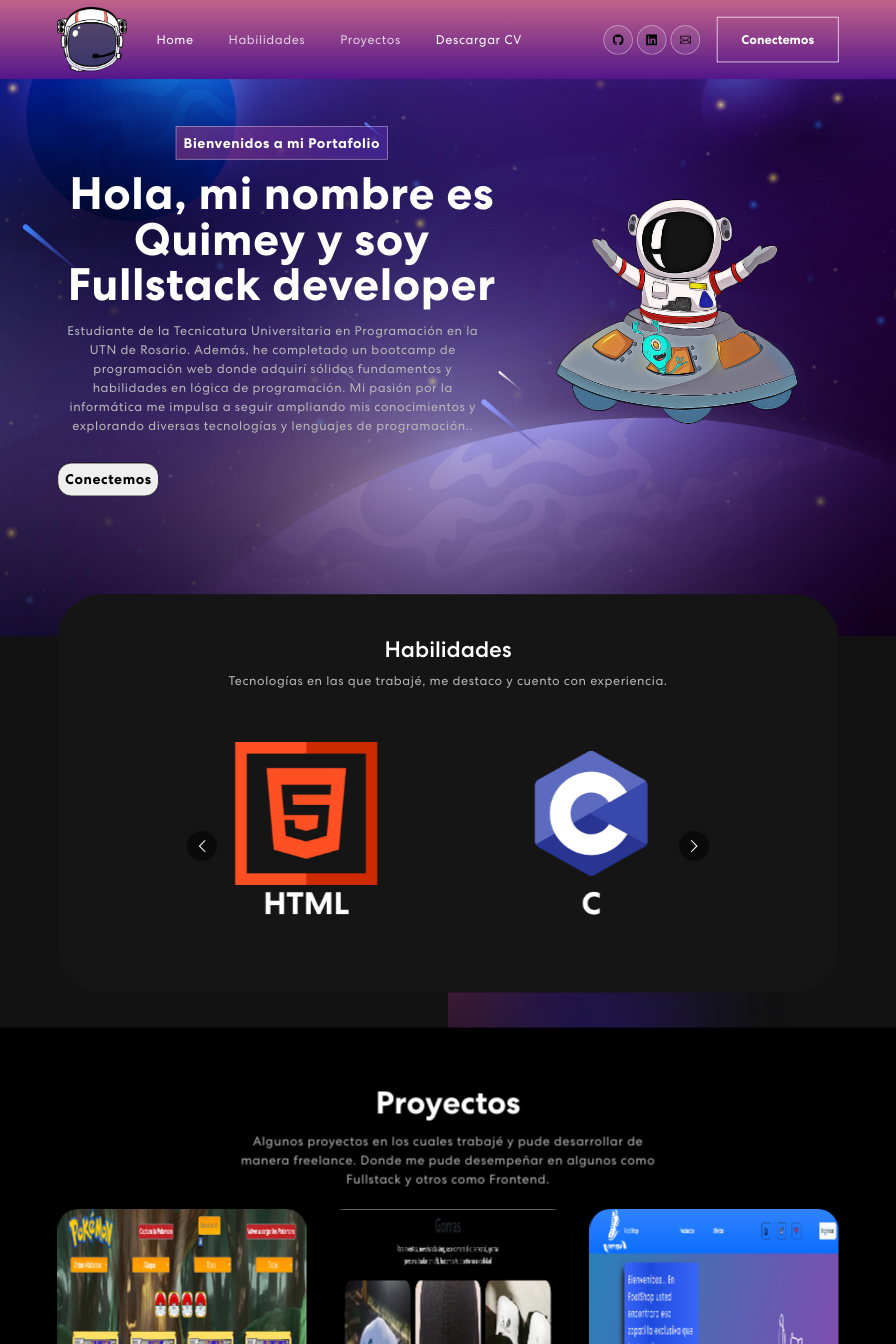
Repository: QuimeyAlejo/Portafolio-V2
Page: /
The author's editor kept a copy of each file at every save. The page is drawn from the files as they stood at one save, then again after the next save.
The browser window is 1280 px wide. The pictures show the part of the page from y = 0 to 1920 px (the page is 3204 px tall), at 70% of full size.
The project was rebuilt for these pictures with package versions that can differ from the ones it lists, and the page was loaded fresh each time. Imported but missing from the stored project, and not drawn on this page: src/components/Curriculum/QuimeyAlejoLopezDeveloper.pdf.

Above is the page before, as saved 2024-04-29 11:01:11.

### public/index.html
<!DOCTYPE html>
<html lang="en">
  <head>
    <meta charset="utf-8" />
    <link rel="icon" href="/gsd.png" />
    <meta name="viewport" content="width=device-width, initial-scale=1" />
    <meta name="theme-color" content="#000000" />
    <meta
      name="description"
      content="Web site created using create-react-app"
    />
    <link rel="apple-touch-icon" href="/gsd.png" />
    <!--
      manifest.json provides metadata used when your web app is installed on a
      user's mobile device or desktop. See https://developers.google.com/web/fundamentals/web-app-manifest/
    -->
    <link rel="manifest" href="%PUBLIC_URL%/manifest.json" />
    <!--
      Notice the use of %PUBLIC_URL% in the tags above.
      It will be replaced with the URL of the `public` folder during the build.
      Only files inside the `public` folder can be referenced from the HTML.

      Unlike "/favicon.ico" or "favicon.ico", "%PUBLIC_URL%/favicon.ico" will
      work correctly both with client-side routing and a non-root public URL.
      Learn how to configure a non-root public URL by running `npm run build`.
    -->
    <title>Quimey Alejo Lopez</title>
  </head>
  <body>
    <noscript>You need to enable JavaScript to run this app.</noscript>
    <div id="root"></div>
    <!--
      This HTML file is a template.
      If you open it directly in the browser, you will see an empty page.

      You can add webfonts, meta tags, or analytics to this file.
      The build step will place the bundled scripts into the <body> tag.

      To begin the development, run `npm start` or `yarn start`.
      To create a production bundle, use `npm run build` or `yarn build`.
    -->
  </body>
</html>

### src/pages/Home.jsx
import React from 'react'
import NavBar from '../components/NavBar/NavBar'
import Banner from '../components/Banner/Banner'
import Skills from '../components/Skills/Skills'
import Projects from '../components/Projects/Projects'
import Contact from '../components/Contact/Contact'
import Footer from '../components/Footer/Footer'

function Home() {
  return (
    <div>
        <NavBar/>
        <Banner />
        <Skills />
        <Projects />
        <Contact />
        <Footer />
    </div>
  )
}

export default Home

### src/components/NavBar/NavBar.jsx
import React, {useState, useEffect} from 'react';
import Container from 'react-bootstrap/Container';
import Nav from 'react-bootstrap/Nav';
import Navbar from 'react-bootstrap/Navbar';
import logo from '../../assets/img/logo.png';
import logogith from '../../assets/img/github.svg'
import logolink from '../../assets/img/linkedin.svg'
import logomail from '../../assets/img/envelope.svg'
import CV from '../Curriculum/QuimeyAlejoLopezDeveloper.pdf'



function NavBar() {

    const [activeLink, setActiveLink] = useState('home');
    const [scrolled, setScrolled] = useState(false)

    useEffect(() => {
        if (window.scrollY > 50) {
            setScrolled(true)
        }else{
            setScrolled(false)
        }

        window.addEventListener('scroll', onscroll)
        return () => window.removeEventListener('scroll', onscroll)
    }, [])

    const onUpdateActiveLink = (value) => {
        setActiveLink(value);
    }

  return (
    <Navbar expand="lg" className={scrolled ? 'scrolled' : '' }>
      <Container>
        <Navbar.Brand href="#home">
            <img className='imgLogo' src={logo} alt='logo'/>
        </Navbar.Brand>
        <Navbar.Toggle aria-controls="basic-navbar-nav">
            <span className='navbar-toggler-icon'></span>
        </Navbar.Toggle>
        <Navbar.Collapse id="basic-navbar-nav">
          <Nav className="me-auto">
          <Nav.Link href="#home" className={activeLink === 'home' ? 'active navbar-link' : 'navbar-link'} onClick={() => onUpdateActiveLink('home')}>Home</Nav.Link>
            <Nav.Link href="#skills" className={activeLink === 'skills' ? 'active navbar-link' : 'navbar-link'} onClick={() => onUpdateActiveLink('skills')}>Habilidades</Nav.Link>
            <Nav.Link href="#projects" className={activeLink === 'projects' ? 'active navbar-link' : 'navbar-link'} onClick={() => onUpdateActiveLink('projects')}>Proyectos</Nav.Link>

           <Nav.Link href={CV} download className={activeLink === 'home' ? 'active navbar-link' : 'navbar-link'}>Descargar CV</Nav.Link>
          </Nav>
          <span className="navbar-text">
            <div className="social-icon">
                <a href='https://github.com/QuimeyAlejo'><img src={logogith} alt='logogit'/></a>
                <a href='https://www.linkedin.com/in/quimey-alejo-lopez-199431202/'><img src={logolink} alt='logolinked'/></a>
                <a href='mailto:qalopez2000@gmail.com'><img src={logomail} alt="logomail" /></a>
            </div>
            <a href='mailto:qalopez2000@gmail.com'><button className='vvd'><span>Conectemos</span></button></a>
          </span>
        </Navbar.Collapse>
      </Container>
    </Navbar>
  )
}

export default NavBar

### src/components/Banner/Banner.jsx
import React, { useState, useEffect } from "react";
import { Col, Container, Row } from "react-bootstrap";
import Aos from "aos";
import "aos/dist/aos.css";
import headerImg from "../../assets/img/astronauta4.png";
import styles from "./banner.module.css";

function Banner() {
  const [loopNum, setLoopNum] = useState(0);
  const [isDeleting, setIsDeleting] = useState(false);
  const [text, setText] = useState("");
  const [delta, setDelta] = useState(300 - Math.random() * 100);
  const toRotate = ["Fullstack developer"];
  const period = 2000;

  useEffect(() => {
    let ticker = setInterval(() => {
      tick();
    }, delta);

    return () => {
      clearInterval(ticker);
    };
  }, [text]);

  function tick() {
    let i = loopNum % toRotate.length;
    let fullText = toRotate[i];
    let updatedText = isDeleting
      ? fullText.substring(0, text.length - 1)
      : fullText.substring(0, text.length + 1);

    setText(updatedText);

    if (isDeleting) {
      setDelta((prevDelta) => prevDelta / 2);
    }

    if (!isDeleting && updatedText === fullText) {
      setIsDeleting(true);
      setDelta(period);
    } else if (isDeleting && updatedText === "") {
      setIsDeleting(false);
      setLoopNum(loopNum + 1);
      setDelta(500);
    }
  }

  useEffect(() => {
    Aos.init({ duration: 1000 });
  }, []);

  return (
    <section className={styles.banner} id="home">
      <Container>
        <Row className="align-items-center">
          <Col xs={12} md={6} xl={7}>
            <div className="" data-aos="fade-right">
              <span className={styles.tagline}>
                Bienvenidos a mi Portafolio
              </span>
              <h1>
                {"Hola, mi nombre es Quimey y soy "}
                <span className={styles.wrap}>{text}</span>
              </h1>
              <p>
             Estudiante de la Tecnicatura Universitaria en Programación en la UTN de Rosario. Además, he
completado un bootcamp de programación web donde adquirí sólidos fundamentos y habilidades en
lógica de programación. Mi pasión por la informática me impulsa a seguir ampliando mis
conocimientos y explorando diversas tecnologías y lenguajes de programación..{" "}
              </p>
              <a href='mailto:devquimeyalopez@gmail.com'>
                <button>Conectemos</button>
              </a>
            </div>
          </Col>
          <Col xs={12} md={6} xl={5}>
            <div className="" data-aos="fade-left">
              <img
                className={styles.imgBanner}
                src={headerImg}
                alt="Headder Img"
              />
            </div>
          </Col>
        </Row>
      </Container>
    </section>
  );
}

export default Banner;

### src/components/Skills/Skills.jsx
import React from 'react'
import styles from './skills.module.css'
import { Container, Row, Col } from 'react-bootstrap';
import Carousel from 'react-multi-carousel';
import logohtml from '../../assets/img/html.png'
import logocss from '../../assets/img/css.png'
import logojs from '../../assets/img/javascript.png'
import logoreact from '../../assets/img/react.png'
import logoredux from '../../assets/img/redux.png'
import logobootstrap from '../../assets/img/bootstrap.png'
import logonode from '../../assets/img/node.png'
import logoexpress from '../../assets/img/express.png'
import logopost from '../../assets/img/postgresql.png'
import logoseq from '../../assets/img/sequelize.png'
import colorSharp from '../../assets/img/color-sharp.png'
import logoC from "../../assets/img/C.png"

function Skills() {
    const responsive = {
        superLargeDesktop: {
          // the naming can be any, depends on you.
          breakpoint: { max: 4000, min: 3000 },
          items: 5
        },
        desktop: {
          breakpoint: { max: 3000, min: 1024 },
          items: 3
        },
        tablet: {
          breakpoint: { max: 1024, min: 464 },
          items: 2
        },
        mobile: {
          breakpoint: { max: 464, min: 0 },
          items: 1
        }
      };
  return (
    <section className={styles.skill} id='skills'>
        <Container>
            <Row>
                <Col>
                    <div className={styles.skillbx}>
                        <h2>
                            Habilidades
                        </h2>
                        <p>Tecnologías en las que trabajé, me destaco y cuento con experiencia.</p>
                        <Carousel responsive={responsive} infinite={true} className={styles.skillSlider}>
                            <div className={styles.image}>
                                <img className={styles.imgCar} src={logohtml} alt="logo html" />
                                <h5>HTML</h5>
                            </div>
                            <div className={styles.image}>
                                <img className={styles.imgCar} src={logoC} alt="logo html" />
                                <h5>C</h5>
                            </div>
                            <div className={styles.image}>
                                <img className={styles.imgCar} src={logocss} alt="logo css" />
                                <h5>CSS</h5>
                            </div>
                            <div className={styles.image}>
                                <img className={styles.imgCar} src={logojs} alt="logo js" />
                                <h5>JavaScript</h5>
                            </div>
                            <div className={styles.image}>
                                <img className={styles.imgCar} src={logoreact} alt="logo react" />
                                <h5>React Js</h5>
                            </div>
                            <div className={styles.image}>
                                <img className={styles.imgCar} src={logoredux} alt="logo redux" />
                                <h5>Redux</h5>
                            </div>
                            <div className={styles.image}>
                                <img className={styles.imgCar} src={logobootstrap} alt="logo bootstrap" />
                                <h5>Bootstrap</h5>
                            </div>
                            <div className={styles.image}>
                                <img className={styles.imgCar} src={logonode} alt="logo node" />
                                <h5>Node Js</h5>
                            </div>
                            <div className={styles.image}>
                                <img className={styles.imgCar} src={logoexpress} alt="logo express" />
                                <h5>Express Js</h5>
                            </div>
                            <div className={styles.image}>
                                <img className={styles.imgCar} src={logopost} alt="logo postgresql" />
                                <h5>PostgreSQL</h5>
                            </div>
                            <div className={styles.image}>
                                <img className={styles.imgCar} src={logoseq} alt="logo sequelize" />
                                <h5>Sequelize</h5>
                            </div>
                        </Carousel>
                    </div>
                </Col>
            </Row>
        </Container>
        <img className={styles.backgroundImageLeft} src={colorSharp} alt="colorsharp" />
    </section>
  )
}

export default Skills

### src/components/Footer/Footer.jsx
import React from 'react';
import { Col, Container, Row } from 'react-bootstrap';
import logo from '../../assets/img/logo.png';
import logogith from '../../assets/img/github.svg';
import logolink from '../../assets/img/linkedin.svg';
import logomail from '../../assets/img/envelope.svg'
import './footer.css'


function Footer() {
  return (
    <footer className='footer'>
        <Container>
            <Row className='align-item-center'>
                <Col sm={6}>
                    <img className='imgLogo' src={logo} alt="logo footer" />
                </Col>
                <Col sm={6} className='text-center text-sm-end'>
                    <div className='social-icon'>
                        <a href='https://github.com/QuimeyAlejo'> <img src={logogith} alt="logo gith" /> </a>
                        <a href='https://www.linkedin.com/in/quimey-alejo-lopez-199431202/'> <img src={logolink} alt="logo link" /> </a>
                        <a href='devquimeyalopez@gmail.com'><img src={logomail} alt="logomail" /></a>
                    </div>
                    <p>CopyRight 2024. All Right Reserved</p>
                </Col>
            </Row>
        </Container>
    </footer>
  )
}

export default Footer

### src/components/Banner/banner.module.css
.imgBanner{
    width: 100%;
}
.banner{
    margin-top: -80px;
    padding: 260px 0 200px 0;
    background-image: url(../../assets/img/5437630.jpg);
    /* background-image: url(../../assets/img/html.jpg); */
    background-position: top center;
    background-size: cover;
    background-repeat: no-repeat;
}
.banner .tagline {
    font-weight: 700;
    letter-spacing: 0.8px;
    padding: 8px 10px;
    background: linear-gradient(90.21deg, rgba(170, 54, 124, 0.5) -5.91%, rgba(74, 47, 189, 0.5) 111.58%);
    border: 1px solid rgba(255, 255, 255, 0.5);
    font-size: 20px;
    margin-bottom: 16px;
    display: inline-block;
}
.banner h1 {
    font-size: 65px;
    font-weight: 700;
    letter-spacing: 0.8px;
    line-height: 1;
    margin-bottom: 20px;
    display: block;
}
.banner p {
    color: #b8b8b8;
    font-size: 18px;
    letter-spacing: 0.8px;
    line-height: 1.5em;
    width: 96%;
}
.banner button {
    /* color: #fff; */
    font-weight: 700;
    font-size: 20px;
    padding: 8px 10px;
    border: 1px solid black;
    border-radius: 20px;
    margin-top: 40px;
    letter-spacing: 0.8px;
    display: flex;
    align-items: center;
}
.banner a {
    text-decoration: none;
}
.banner button svg {
    margin-left: 5px;
}
.banner button:hover svg {
    margin-left: 25px;
}
.banner img {
    animation: updown 3s linear infinite;
}
@keyframes updown {
    0% {
        transform: translateY(-20px);
    }
    50% {
        transform: translateY(20px);
    }
    100% {
        transform: translateY(-20px);
    }
}
.txt-rotate > .wrap {
    border-right: 0.08em solid #666;
}

### src/components/Skills/skills.module.css
.skill {
    padding: 0 0 50px 0;
    position: relative;
}
.skillbx {
    background: #151515;
    border-radius: 64px;
    text-align: center;
    padding: 60px 50px;
    margin-top: -60px;
}
.skill h5 {
    font-size: 45px;
    font-weight: 700;
}
.skill p {
    color: #b8b8b8;
    font-size: 18px;
    letter-spacing: 0.8px;
    line-height: 1.5rem;
    margin: 14px 0 75px 0;
}
.skillSlider {
    width: 80%;
    margin: 0 auto;
    position: relative;
}
.skillSlider .item img{
    width: 50%;
    margin: 0 auto 15px auto;
}
.imgCar {
    width: 50%;
}
.backgroundImageLeft {
    top: 28%;
    position: absolute;
    bottom: 0;
    width: 40%;
    z-index: -4;
}

### src/components/Projects/projects.module.css
.project {
    padding: 80px 0;
    position: relative;
    background-color: black;
}
.project h2 {
    font-size: 45px;
    font-weight: 700;
    text-align: center;
}
.project p {
    color: #b8b8b8;
    font-size: 18px;
    letter-spacing: 0.8px;
    line-height: 1.5em;
    margin: 14px auto 30px auto;
    text-align: center;
    width: 56%;
}
.project .nav.nav-pills {
    width: 72%;
    margin: 0 auto;
    border-radius: 50px;
    background-color: rgb(255, 255, 255 / 10%);
    overflow: hidden;
}
.project .nav.nav-pills .nav-item {
    width: 33.33333%;
}
.project .nav.nav-pills .nav-link {
    background-color: transparent;
    border-radius: 0;
    padding: 17px 0;
    color: #fff;
    width: 100%;
    font-size: 17px;
    letter-spacing: 0.8px;
    font-weight: 500;
    position: relative;
    transition: 0.3s ease-in-out;
    text-align: center;
    z-index: 0;
}
.project .nav.nav-pills .nav-link::before {
    content: '';
    position: absolute;
    width: 0;
    height: 100%;
    background: linear-gradient(90.21deg, #AA367C -5.91%, #4A2FBD 111.58%);
    top: 0;
    left: 0;
    z-index: -1;
    transition: 0.3s ease-in-out;
}
.project .nav.nav-pills .nav-link.active::before {
    width: 100% !important;
}
.project .nav.nav-pills .nav-link.active {
    border: 1px solid rgba(255, 255, 255, 1);
}
.nav-link#projects-tabs-tab-first {
    border: 1px solid rgba(255, 255, 255, 0.5);
    border-radius: 55px 0px 0px 0px;
}
.nav-link#projects-tabs-tab-second {
    border-top: 1px solid rgba(255, 255, 255, 0.5);
    border-bottom: 1px solid rgba(255, 255, 255, 0.5);
}
.nav-link#projects-tabs-tab-third {
    border: 1px solid rgba(255, 255, 255, 0.5);
    border-radius: 0 55px 0;
}
.backgroundimageright {
    top: 20%;
    position: absolute;
    bottom: 0;
    width: 35%;
    right: 0;
    z-index: -4;
}
/* -----------------------CARD -------------------------------------------------*/
.projimgbx {
    position: relative;
    border-radius: 30px;
    overflow: hidden;
    margin-bottom: 24px;
    height: 90%;
}
.projimgbx img {
height: 420px;
}
.projimbgx::before {
    content: '';
    background: linear-gradient(90.21deg, #AA367C -5.91%, #4A2FBD 111.58%);
    opacity: 0.85;
    position: absolute;
    width: 100%;
    height: 0;
    transition: 0.4s ease-in-out;
}
.projimgbx:hover::before {
    height: 100%;
}
.projtxtx {
    position: absolute;
    text-align: center;
    top: 65%;
    left: 50%;
    transform: translate(-50%, -50%);
    transition: 0.5s ease-in-out;
    opacity: 0;
    width: 100%;
}
.projimgbx:hover .projtxtx {
    top: 50%;
    opacity: 1;
    background-color: black;
    border: 1px solid;
    border-radius: 10px;
}
.projtxtx h4 {
    font-size: 30px;
    font-weight: 700;
    letter-spacing: 0.8px;
    line-height: 1.1em;
}
.projtxtx span {
    font-size: italic;
    font-weight: 400;
    font-size: 15px;
    letter-spacing: 0.8px;
}
.buttonCard{
    font-weight: 700;
    font-size: 14px;
    padding: 8px 10px;
    border: 1px solid black;
    border-radius: 20px;
    letter-spacing: 0.8px;
    margin-left: 10px;
}
.buttonCard:hover svg{
    margin-left: 10px;
}

### src/components/Contact/contact.css
.contact {
  background: linear-gradient(90.21deg, #aa367c -5.91%, #4a2fbd 111.58%);
  padding: 100px 0 200px 0;
}
.contact img {
  width: 92%;
}
.contact h2 {
  font-size: 45px;
  font-weight: 700;
  margin-bottom: 30px;
}
.contact form input,
.contact form textarea {
  width: 100%;
  background: rgba(255, 255, 255, 0.1);
  border: 1px solid rgba(255, 255, 255, 0.5);
  border-radius: 20px;
  color: #fff;
  margin: 0 0 8px 0;
  padding: 18px 26px;
  font-weight: 500;
  font-size: 18px;
  letter-spacing: 0.8px;
  transition: 0.3s ease-in-out;
}
.containerInput {
    display: flex;
}
#inputEm {
    width: 96%;
    margin-left: 2%;
}
.contact form input:focus,
.contact form textarea:focus {
  background: rgba(255, 255, 255, 1);
  color: #121212;
}
.contact form input::placeholder,
.contact form textarea::placeholder {
  font-size: 16px;
  font-weight: 400;
  color: #fff;
}
.contact form input:focus::placeholder,
.contact form textarea:focus::placeholder {
  color: #121212;
  opacity: 0.8;
}
.contact form button {
  font-weight: 700;
  color: #000;
  background-color: #fff;
  padding: 14px 48px;
  font-size: 18px;
  margin-top: 25px;
  border-radius: 0;
  position: relative;
  transition: 0.3s ease-in-out;
  border-radius: 18px;
}
.contact form button span {
    z-index: 1;
    position: relative;
}
.contact form button:hover {
    color: #fff;
    border-radius: 18px;
}
.contact form button::before {
    content: "";
    background: #121212;
    width: 0;
    height: 100%;
    position: absolute;
    top: 0;
    left: 0;
    z-index: 0;
    transition: 0.3s ease-in-out;
    border-radius: 18px;
  }
  .contact form button:hover::before {
    width: 100%;
    border-radius: 18px;
  }

### src/components/Footer/footer.css
.footer {
    padding: 50px 0 50px 0;
    background-image: url(../../assets/img/footerbg.png);
    background-position: center center;
    background-size: cover;
    background-repeat: no-repeat;
}
.footer img {
    width: 26%;
}
.footer p {
    font-weight: 400;
    font-size: 14px;
    color: #b8b8b8;
    letter-spacing: 0.5px;
    margin-top: 20px;
}

Loaded but not shown: src/index.js (common file); src/index.css (common file); src/reportWebVitals.js (common file); src/App.js (14 lines, source omitted); src/components/Projects/Projects.jsx (140 lines, source omitted); src/App.css (246 lines, source omitted); src/components/Contact/Contact.jsx (144 lines, source omitted)

After the next save:
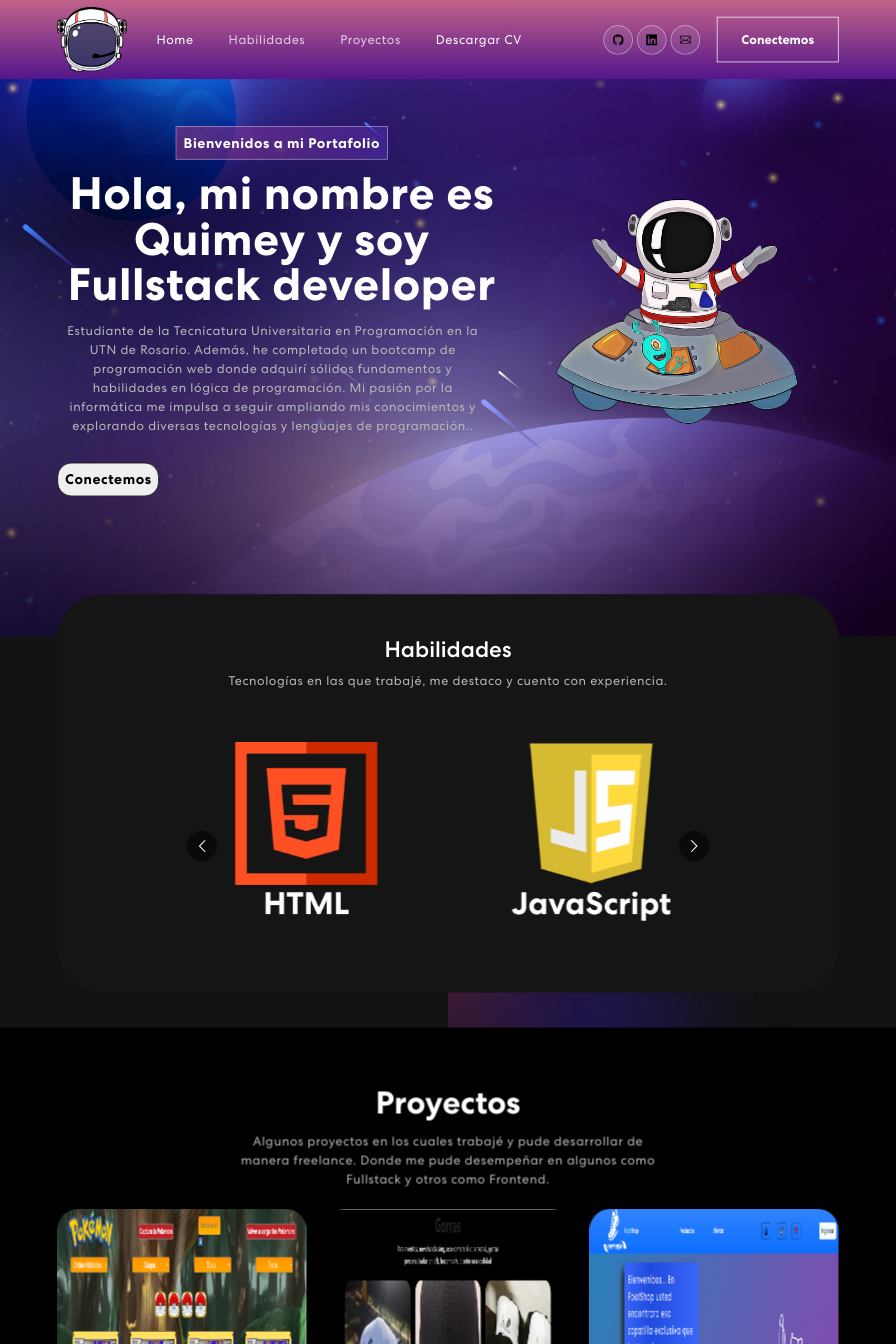
Saved 23 s later.
--- a/src/components/Skills/Skills.jsx
+++ b/src/components/Skills/Skills.jsx
@@ -51,17 +51,20 @@
                                 <h5>HTML</h5>
                             </div>
                             <div className={styles.image}>
+                                <img className={styles.imgCar} src={logojs} alt="logo js" />
+                                <h5>JavaScript</h5>
+                            </div>
+                            <div className={styles.image}>
                                 <img className={styles.imgCar} src={logoC} alt="logo html" />
                                 <h5>C</h5>
                             </div>
+
                             <div className={styles.image}>
                                 <img className={styles.imgCar} src={logocss} alt="logo css" />
                                 <h5>CSS</h5>
                             </div>
-                            <div className={styles.image}>
-                                <img className={styles.imgCar} src={logojs} alt="logo js" />
-                                <h5>JavaScript</h5>
-                            </div>
+
+
                             <div className={styles.image}>
                                 <img className={styles.imgCar} src={logoreact} alt="logo react" />
                                 <h5>React Js</h5>
